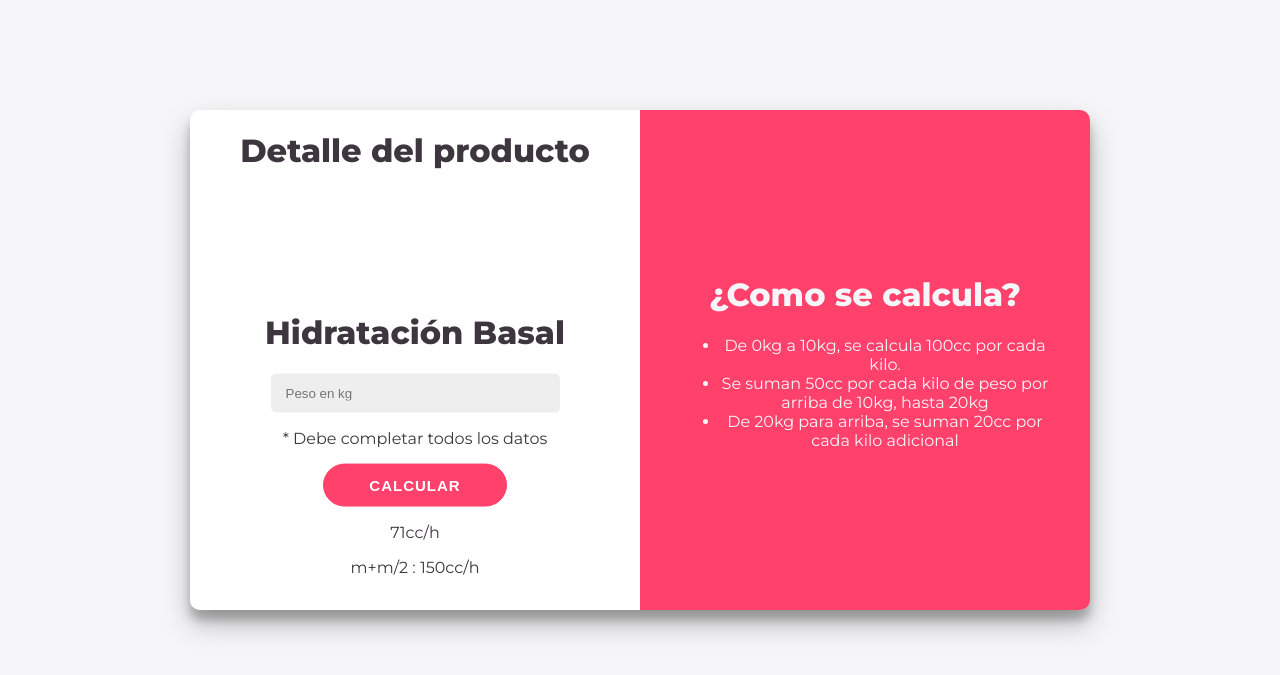
Repository: Fredy452/calculadora_basal
Page: index.html
An editor plug-in stored every save of this project. The page is shown before and after the next save, followed by the edit.
The browser window is 1280 px wide. The pictures show the whole page.

Above is the page before, as saved 2023-04-21 11:38:14.

### index.html
<!DOCTYPE html>
<html lang="en">
<head>
    <meta charset="UTF-8">
    <meta http-equiv="X-UA-Compatible" content="IE=edge">
    <meta name="viewport" content="width=device-width, initial-scale=1.0">
    <title>Calculadora de hidratación</title>
    <link rel="stylesheet" href="style.css">
</head>
<body>
    <div id="contenedor">
        <div id="calculadora">
            <h1>Detalle del producto</h1>
            <div class="contenido">
                <h1>Hidratación Basal</h1>
                <input type="number" name="peso" id="peso" placeholder="Peso en kg">
                <p>* Debe completar todos los datos</p>
                <button>Calcular</button>
                <p>71cc/h</p>
                <p>m+m/2 : 150cc/h</p>
            </div>
        </div>
        <div id="detalle">
            <div class="contenido">
                <h1>¿Como se calcula?</h1>
                <ul>
                    <li>De 0kg a 10kg, se calcula 100cc por cada kilo.</li>
                    <li>Se suman 50cc por cada kilo de peso por arriba de 10kg, hasta 20kg</li>
                    <li>De 20kg para arriba, se suman 20cc por cada kilo adicional</li>
                </ul>
            </div>
        </div>
    </div>
</body>
</html>

### style.css
@import url('https://fonts.googleapis.com/css?family=Montserrat:400,800');

body{
    font-family: 'Montserrat', sans-serif;
    background: #f6f5f7;
    color: #3E363F;
}
#contenedor{
    width: 900px;
    height: 500px;
    position: absolute;
    text-align: center;
    inset: 0;
    margin: auto;
    border-radius: 10px;
    overflow: hidden;
    box-shadow: 0 14px 28px rgba(0,0,0,0.25),
    0 10px 10px rgba(0,0,0,0.22);
}
#calculadora{
    background: white;
    width: 50%;
    height: 100%;
    float: left;
}
#detalle{
    background: #FF416C;
    width: 50%;
    height: 100%;
    float: left;
    color: #f6f5f7;
}
.contenido{
    /* Centrando el contenido de los divs */
    position: relative;
    top: 50%;
    transform: translateY(-50%);
    overflow: hidden;
    padding: 40px;
}
input{
    width: 70%;
    padding: 12px 15px;
    border: none;
    background-color: #eee;
    outline: none;
    border-radius: 5px;
    transition: background-color 0.2s, border 0.2s, box-shadow 0.3s;
}
input:hover{
    background-color:#ebe8eb;
    border: 1px solid rgb(143, 138, 138);
    box-shadow: 0 0 10px rgb(126, 122, 122);
}
button{
    font-size: 15px;
    font-weight: bold;
    padding: 12px 45px;
    border-radius: 30px;
    background-color: #ff416c;
    border: 1px solid #ff416c;
    color: #ffffff;
    text-transform: uppercase;
    letter-spacing: 1px;
    transition: transform 20ms ease-in;
}
button:active{
    transform: scale(0.95);
}

After the next save:
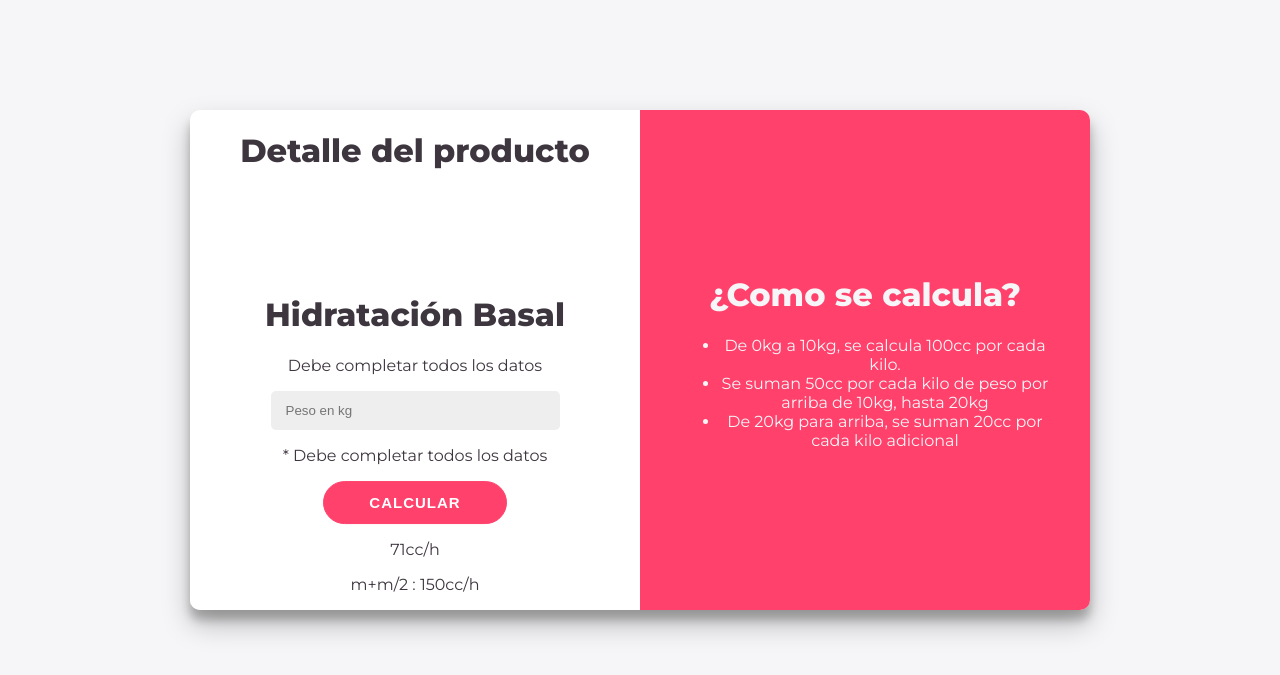
Saved 6 min 27 s later.
--- a/index.html
+++ b/index.html
@@ -13,11 +13,12 @@
             <h1>Detalle del producto</h1>
             <div class="contenido">
                 <h1>Hidratación Basal</h1>
+                <p class="item"> Debe completar todos los datos</p>
                 <input type="number" name="peso" id="peso" placeholder="Peso en kg">
-                <p>* Debe completar todos los datos</p>
+                <p class="item" id="error">* Debe completar todos los datos</p>
                 <button>Calcular</button>
-                <p>71cc/h</p>
-                <p>m+m/2 : 150cc/h</p>
+                <p class="item resultado">71cc/h</p>
+                <p class="item resultado">m+m/2 : 150cc/h</p>
             </div>
         </div>
         <div id="detalle">
